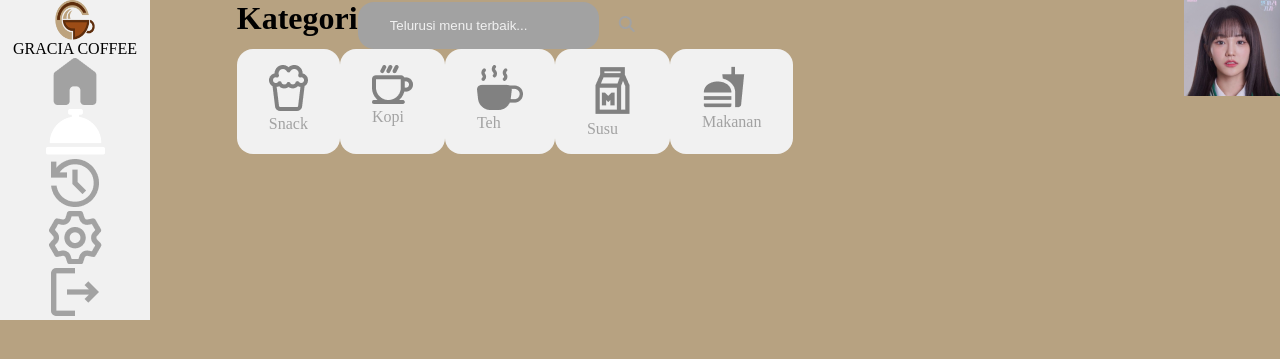
Repository: DanielChuaaa/sbd2
Page: index.html
An editor plug-in stored every save of this project. The page is shown before and after a run of saves, followed by the edit.
The browser window is 1280 px wide. The pictures show the whole page.
Some web libraries are served in a nearby version.

Above is the page before, as saved 2023-10-20 10:59:07.

### index.html
<!DOCTYPE html>
<html lang="en">
<head>
    <meta charset="UTF-8">
    <meta name="viewport" content="width=device-width, initial-scale=1.0">
    <title>Document</title>
    <link href="https://fonts.googleapis.com/css2?family=Roboto+Mono:wght@400;600;700&display=swap" rel="stylesheet" />
    <link
      rel="stylesheet"
      href="https://cdnjs.cloudflare.com/ajax/libs/font-awesome/6.1.2/css/all.min.css"
      integrity="sha512-1sCRPdkRXhBV2PBLUdRb4tMg1w2YPf37qatUFeS7zlBy7jJI8Lf4VHwWfZZfpXtYSLy85pkm9GaYVYMfw5BC1A=="
      crossorigin="anonymous"
      referrerpolicy="no-referrer"
    />
    <link rel="stylesheet" href="style.css">
</head>
<body>
    <div class="container">
        <div class="grid-wrapper">
            <div class="icon">
                <img src="/assets/logo projek SBD 1.png" width="40px" height="40px" alt="logo">
                <p>GRACIA COFFEE</p>
                <a href="#"><img src="./assets/home.png" alt="home"></a>
                <a href="#"><img src="./assets/menu.png" alt="menu"></a>
                <a href="#"><img src="./assets/history.png" alt="history"></a>
                <a href="#"><img src="./assets/setting.png" alt="setting"></a>

                <a href="#"><img src="./assets/logout.png" alt="logout"></a>
            </div>

            <div class="content">
                <div class="nav">
                    <h1>Kategori</h1>
                    <div class="inputWrapper">
                        <input type="text" name="text" id="text" class="input" placeholder="Telurusi menu terbaik...">
                        <i class="fa-solid fa-magnifying-glass"></i>
                    </div>
                </div>

                <div class="menu">
                    <div class="iconMenu"><a href="#"><img src="./assets/popcorn.png" alt="popcorn"></a>
                        <p>Snack</p>
                    </div>
                    <div class="iconMenu"><a href="#"><img src="./assets/kopi.png" alt="kopi"></a>
                        <p>Kopi</p>
                    </div>
                    <div class="iconMenu"><a href="#"><img src="./assets/teh.png" alt="teh"></a>
                        <p>Teh</p>
                    </div>
                    <div class="iconMenu"><a href="#"><img src="./assets/susu.png" alt="susu"></a>
                        <p>Susu</p>
                    </div>
                    <div class="iconMenu"><a href="#"><img src="./assets/makanan.png" alt="makanan"></a>
                        <p>Makanan</p>
                    </div>
                </div>
            </div>

            <div class="order">
                <img src="/assets/g_8___8_idola_cantik_berbakat_alumni_sm_entertainment_yang_sudah_debut_di_girlgroup_agensi_lain_p_eks_sm_trainee-20220408-001-non_fotografer_kly 1.png" alt="">
            </div>
        </div>
    </div>
</body>
</html>

### style.css
:root{
    --clr-primary-100: #B7A281;

    --clr-neutral-100: #818181;
    --clr-neutral-200: #A2A2A2;
    --clr-neutral-300: #D9D9D9;
    --clr-neutral-400: #F8F8F8;
    --clr-neutral-500:  #f1f1f1;

    --ff: "Roboto Mono", monospace;

    --fw-regular: 400;
    --fw-semi-bold: 600;
    --fw-bold: 700;
}

*{
    box-sizing: border-box;
    margin: 0;
    padding: 0;
}

body{
    background-color: #B7A281;
}

.grid-wrapper{
    display: grid;
    grid-template-columns: 0.5fr 2fr auto;
}

.icon{
    background: var(--clr-neutral-500);

    display: flex;
    flex-direction: column;

    align-items: center;
    max-width: 150px;
}

.fa-solid{
    color: var(--clr-neutral-200);
    padding: 1rem;
}


/* content */

.nav{
    display: flex;

}

.input{
    background: var(--clr-neutral-200);

    border: none;
    padding: 1rem 2rem;
    border-radius: 1rem;

}

::placeholder{
    color: var(--clr-neutral-500);
}

.menu{
    display: flex;

}

.iconMenu{
    background: var(--clr-neutral-500);

    padding: 1rem 2rem;
    border-radius: 1rem;
}

.iconMenu p{
    color: var(--clr-neutral-200);
}

After the next 2 saves:
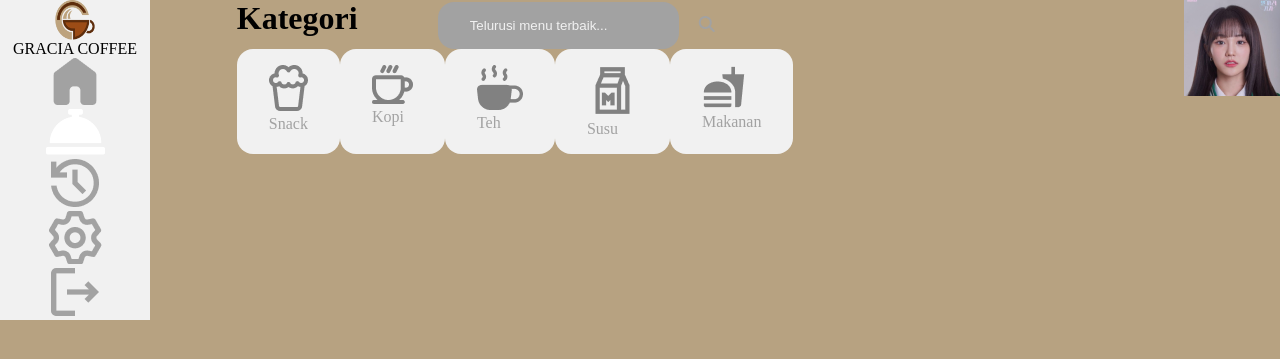
The 2 saves are shown as one change because they came seconds apart.
The last was saved 7 s later.
--- a/style.css
+++ b/style.css
@@ -49,7 +49,7 @@ body{
 
 .nav{
     display: flex;
-
+    gap: 5rem;
 }
 
 .input{

After the save that followed:
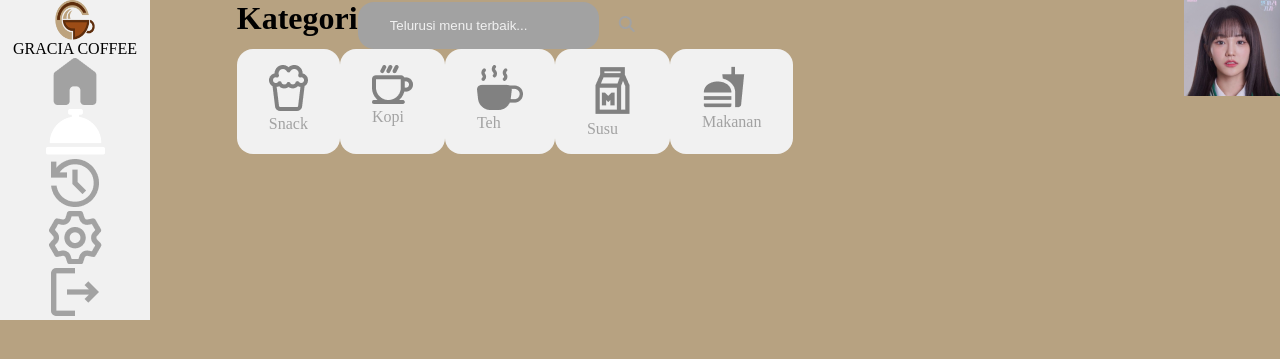
Saved 41 s later.
--- a/style.css
+++ b/style.css
@@ -49,7 +49,7 @@ body{
 
 .nav{
     display: flex;
-    gap: 5rem;
+
 }
 
 .input{
